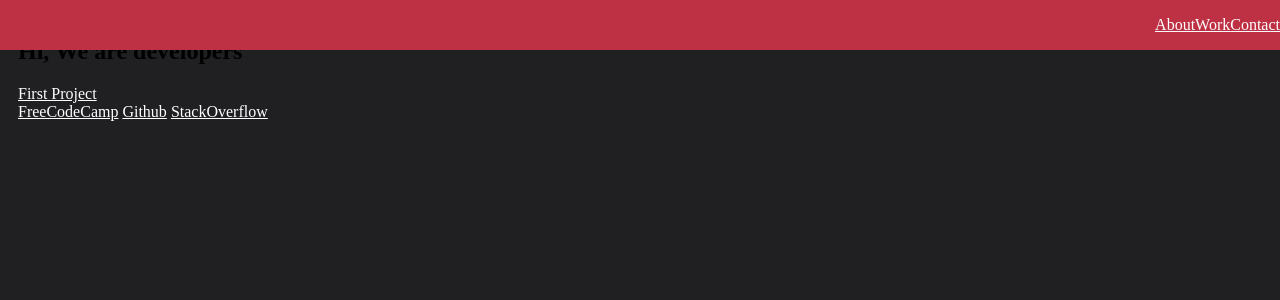
Repository: justicebhekani88/microverse_portfolio_project
Page: index.html
An editor plug-in stored every save of this project. The page is shown before and after the next save, followed by the edit.
The browser window is 1280 px wide. The pictures show the whole page.

Above is the page before, as saved 2022-07-21 14:48:30.

### index.html
<!DOCTYPE html>
<html lang="en">

<head>
    <meta charset="UTF-8">
    <meta http-equiv="X-UA-Compatible" content="IE=edge">
    <meta name="viewport" content="width=device-width, initial-scale=1.0">
    <link rel="stylesheet" href="style.css">
    <title>Portfolio Project</title>

    <style>
        @media only screen and (min-width: 600px) {
            #main {
                padding: 10px;
            }
        }
    </style>
</head>

<body>
    <nav id="navbar">
        <ul id="nav-list">
            <li><a href="#welcome-section">About</a></li>
            <li><a href="#projects">Work</a></li>
            <li><a href="#contact">Contact</a></li>
        </ul>
    </nav>
    <div id="main">
        <section id="welcome-section">
            <h1>Hi, We are developers</h1>
        </section>
        <section id="projects">
            <div class="project-tile"></div>
            <a href="">
                First Project
            </a>
        </section>
        <section>
            <a href="#" id="profile-link" target="_blank">FreeCodeCamp</a>
            <a href="#" id="profile-link" target="_blank">Github</a>
            <a href="#" id="profile-link" target="_blank">StackOverflow</a>
        </section>
    </div>

</body>

</html>

### style.css
body {
    background-color: #202022;
}

nav {
    color: white;
    display: flex;
    justify-content: flex-end;
    position: fixed;
    top: 0;
    left: 0;
    width: 100%;
    background: #BE3043;
}

#nav-list {
    display: flex;
}

li, a {
    list-style: none;
    color: white;
}

After the next save:
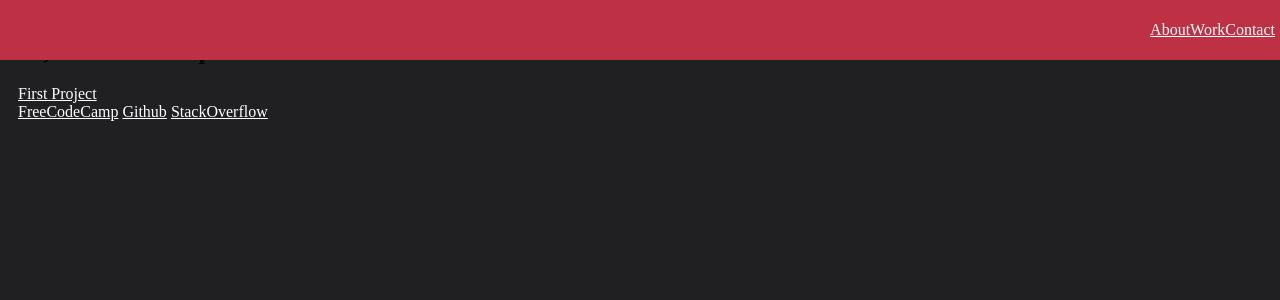
Saved 16 s later.
--- a/style.css
+++ b/style.css
@@ -15,6 +15,7 @@ nav {
 
 #nav-list {
     display: flex;
+    padding: 5px;
 }
 
 li, a {
